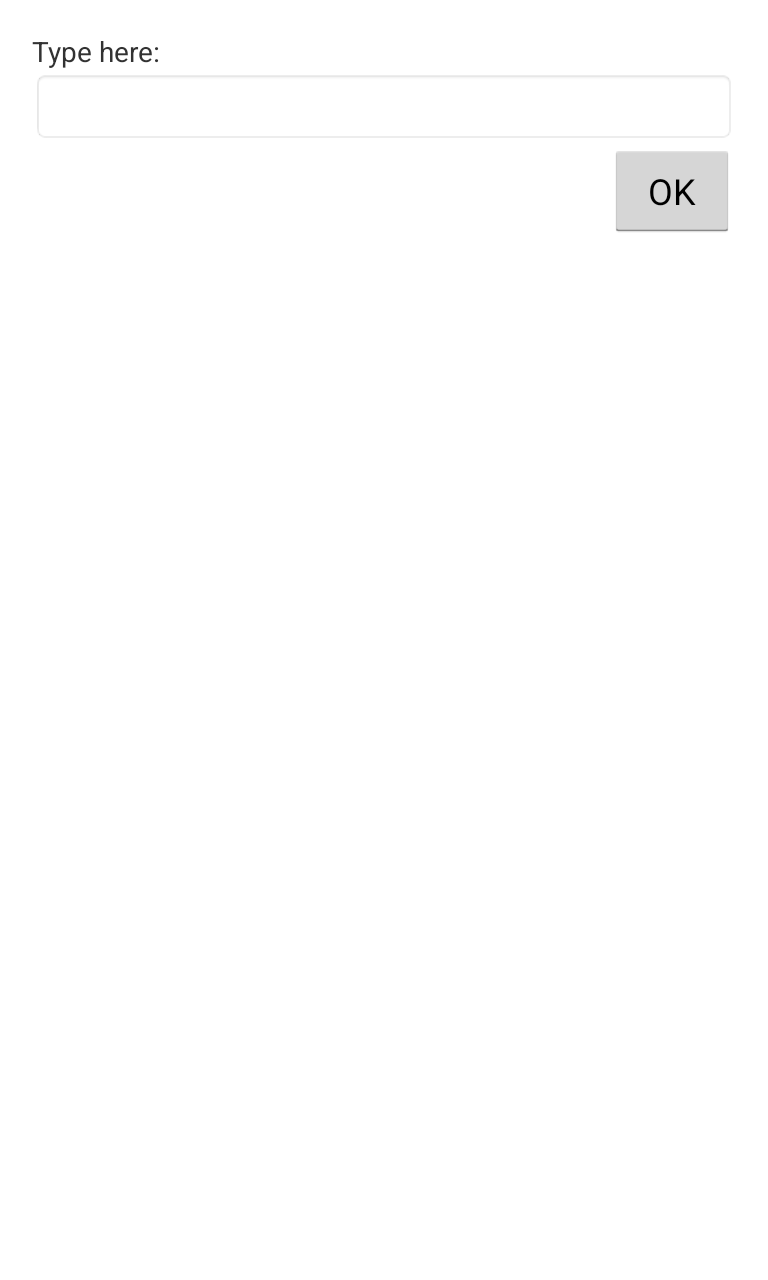
Repository: HouJun11220033/Android
Layout: Layout_03/res/layout/activity_main.xml
These files come from the project's save history. The layout is drawn as it stood at one moment and after the next save; the edit follows.
It is drawn on a 768 x 1280 px phone screen (xhdpi) without system bars, with theme AppTheme; the app's code is not run.

Above is the layout before, as saved 2016-09-15 13:53:31.

After the next save:
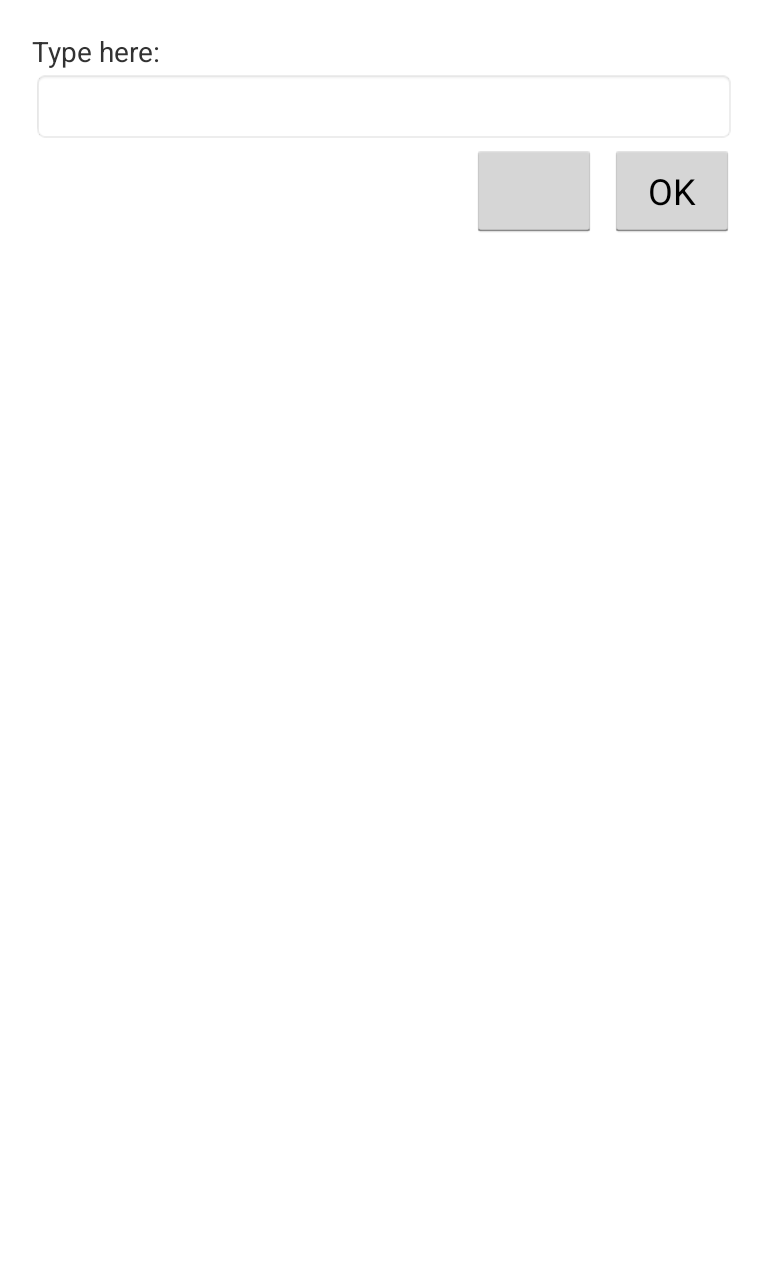
Saved 119 s later.
--- a/Layout_03/res/layout/activity_main.xml
+++ b/Layout_03/res/layout/activity_main.xml
@@ -35,6 +35,10 @@
         android:layout_marginLeft="10px"
         android:text="OK" />
 
-    <Button android="" />
+    <Button
+        android:layout_width="wrap_content"
+        android:layout_height="wrap_content"
+        android:layout_alignTop="@id/ok"
+        android:layout_toLeftOf="@id/ok" />
 
 </RelativeLayout>
